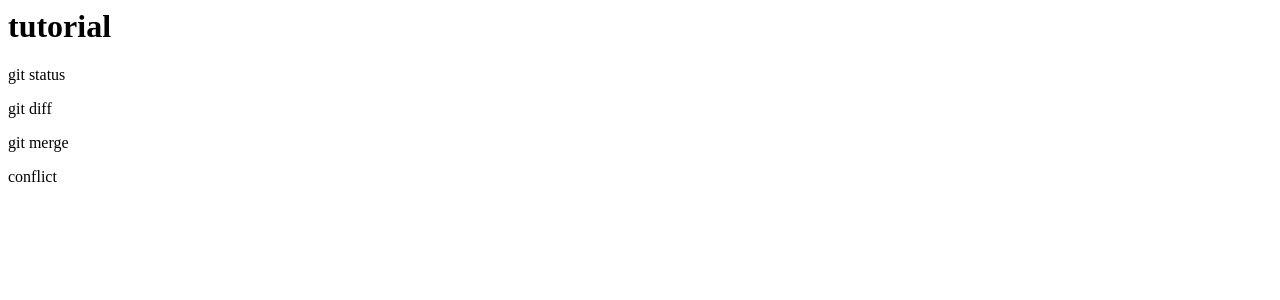
Repository: ponponnsan/pasonaAI
Page: index.html
The author's editor kept a copy of each file at every save. The page is drawn from the files as they stood at one save, then again after the next save.
The browser window is 1280 px wide. The pictures show the whole page.

Above is the page before, as saved 2020-10-28 17:44:52.

### index.html
<h1>tutorial</h1>
<p>git status</p>
<p>git diff</p>
<p>git merge</p>
<p>conflict</p>

After the next save:
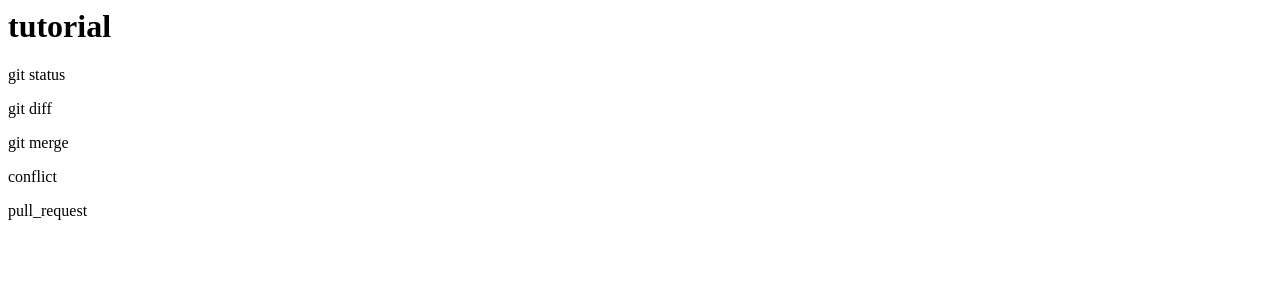
Saved 2 h 49 min later.
--- a/index.html
+++ b/index.html
@@ -3,3 +3,4 @@
 <p>git diff</p>
 <p>git merge</p>
 <p>conflict</p>
+<p>pull_request</p>
